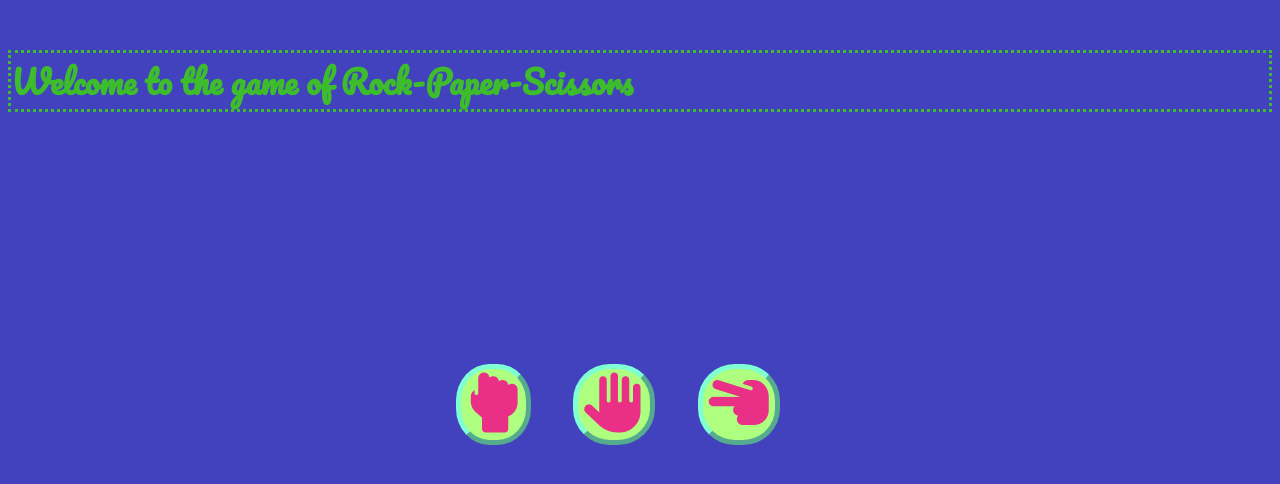
Repository: 0101chaitanya/Rock-Paper-Scissors
Page: index.html
An editor plug-in stored every save of this project. The page is shown before and after the next save, followed by the edit.
The browser window is 1280 px wide. The pictures show the whole page.
Some web libraries are served in a nearby version.

Above is the page before, as saved 2021-05-14 17:20:05.
Not found: linkk.js

### index.html
<!DOCTYPE html>
<html>

<head>
    <meta charset="utf-8">
    <title>Rock-Paper-Scissors</title>
    <link rel="stylesheet" href="style.css">
    <script src="https://kit.fontawesome.com/3dcaf9f6de.js" crossorigin="anonymous"></script>
    <link rel="preconnect" href="https://fonts.gstatic.com">
    <link href="https://fonts.googleapis.com/css2?family=Pacifico&display=swap" rel="stylesheet">
</head>

<body>
    <h1>Welcome to the game of Rock-Paper-Scissors</h1>
    <div>
        <button class="square" id="holder1" href="#"><i class="fas fa-hand-rock"></i></button>

        <button class="square" id="holder2" href="#"><i class="fas fa-hand-paper"></i></button>

        <button class="square" id="holder3" href="#"><i class="fas fa-hand-scissors"></i></button>
    </div>
    <script type="text/javascript" src="linkk.js"></script>
</body>

</html>

### style.css
html{
   margin: 0;
       font-family: 'Pacifico', cursive;
background-color:rgb(66, 66, 190);
    }
   h1  {
     margin : 50px auto 0px auto;
     border-style:dotted;
     color:rgb(61, 189, 44) ;
    }
.square{
    background-color: rgb(174, 255, 127);
    font-size: 60px;
    display: inline-block;
color: rgb(233, 47, 134);
border-radius: 45%;
border-width: 5px;
border-color:aquamarine
}
#holder1 {
position: relative;
top: 35vh;
left :35vw;
}
#holder2 {
position: relative;
top: 35vh;
left :38vw;
}
#holder3 {
position: relative;
top: 35vh;
left :41vw;
}

After the next save:
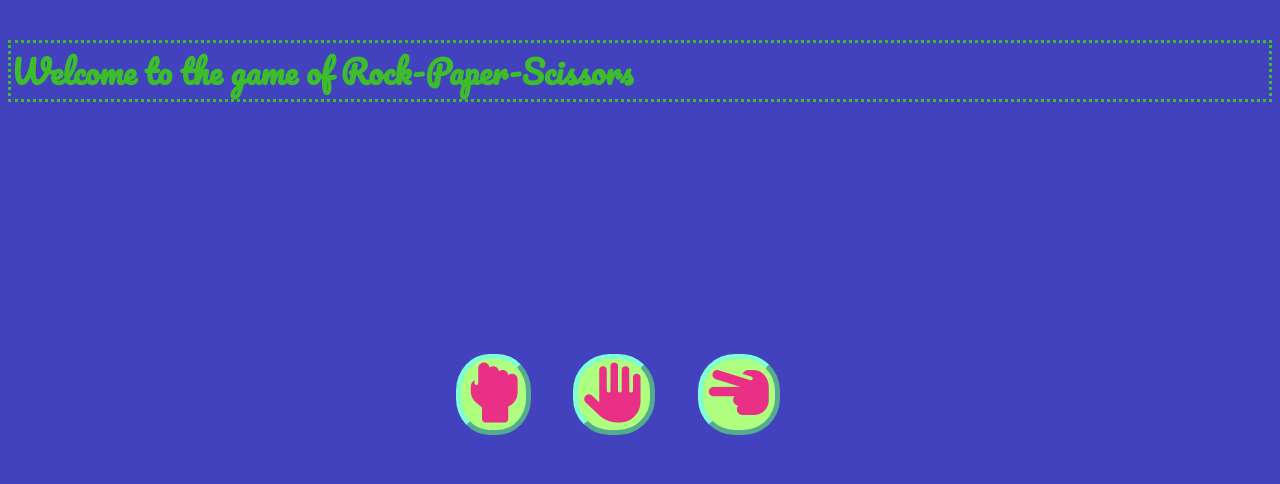
Saved 12 s later.
--- a/style.css
+++ b/style.css
@@ -4,7 +4,7 @@ html{
 background-color:rgb(66, 66, 190);
     }
    h1  {
-     margin : 50px auto 0px auto;
+     margin : 40px auto 0px auto;
      border-style:dotted;
      color:rgb(61, 189, 44) ;
     }
